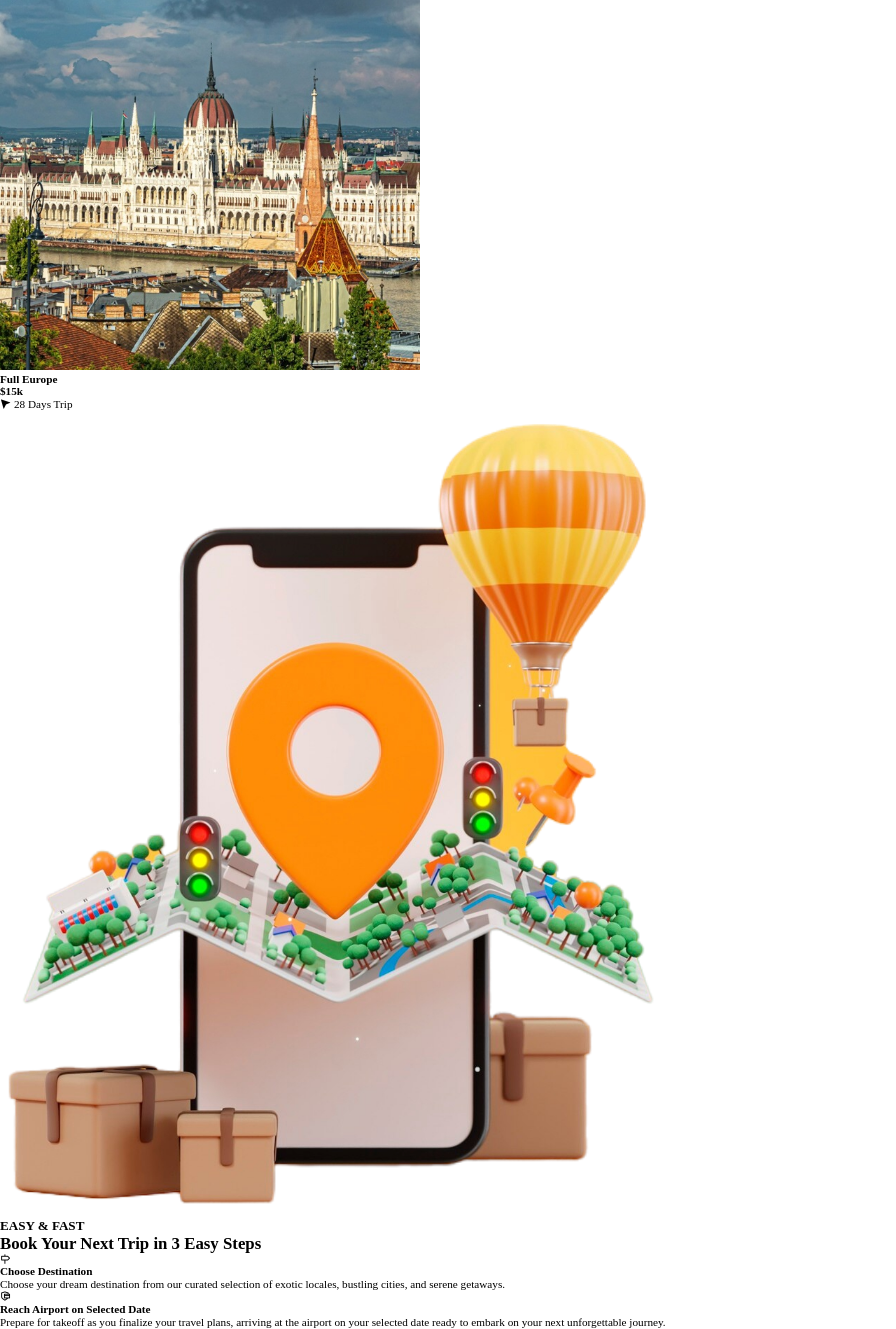
Repository: ntandomagana/travel-website
Page: index.html
An editor plug-in stored every save of this project. The page is shown before and after the next save, followed by the edit.
The browser window is 1280 px wide. The pictures show the part of the page from y = 2171 to 4091 px (the page is 4069 px tall before and 4091 px after), at 70% of full size.

Above is the page before, as saved 2024-05-06 17:26:14.

After the next save:
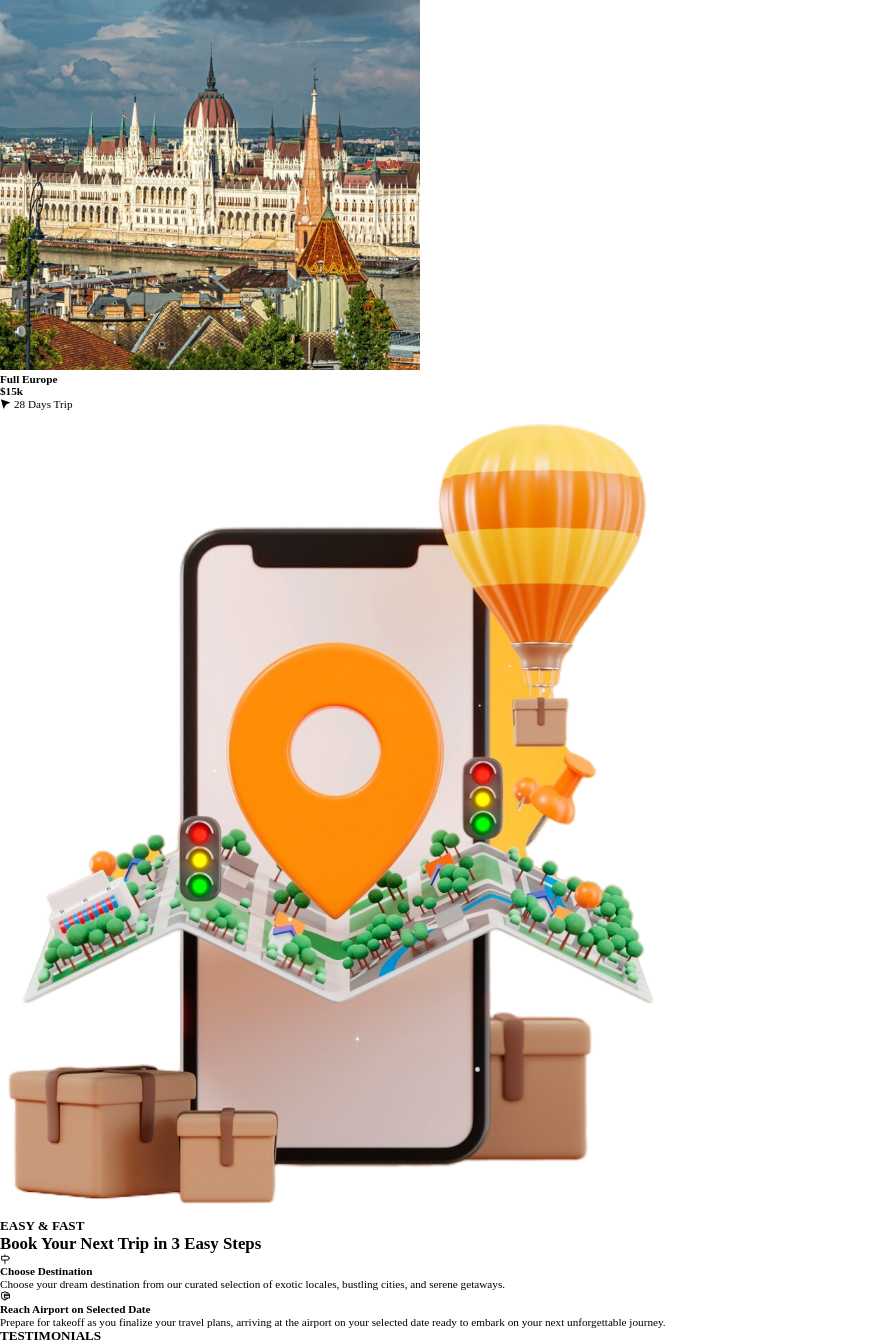
Saved 6 s later.
--- a/index.html
+++ b/index.html
@@ -147,7 +147,7 @@
 
     <section class="section-container clinet-container" id="client">
         <div class="client-content">
-            <h3 class="section-subheader"
+            <h3 class="section-subheader">TESTIMONIALS</h3>
         </div>
     </section>
   </body>
